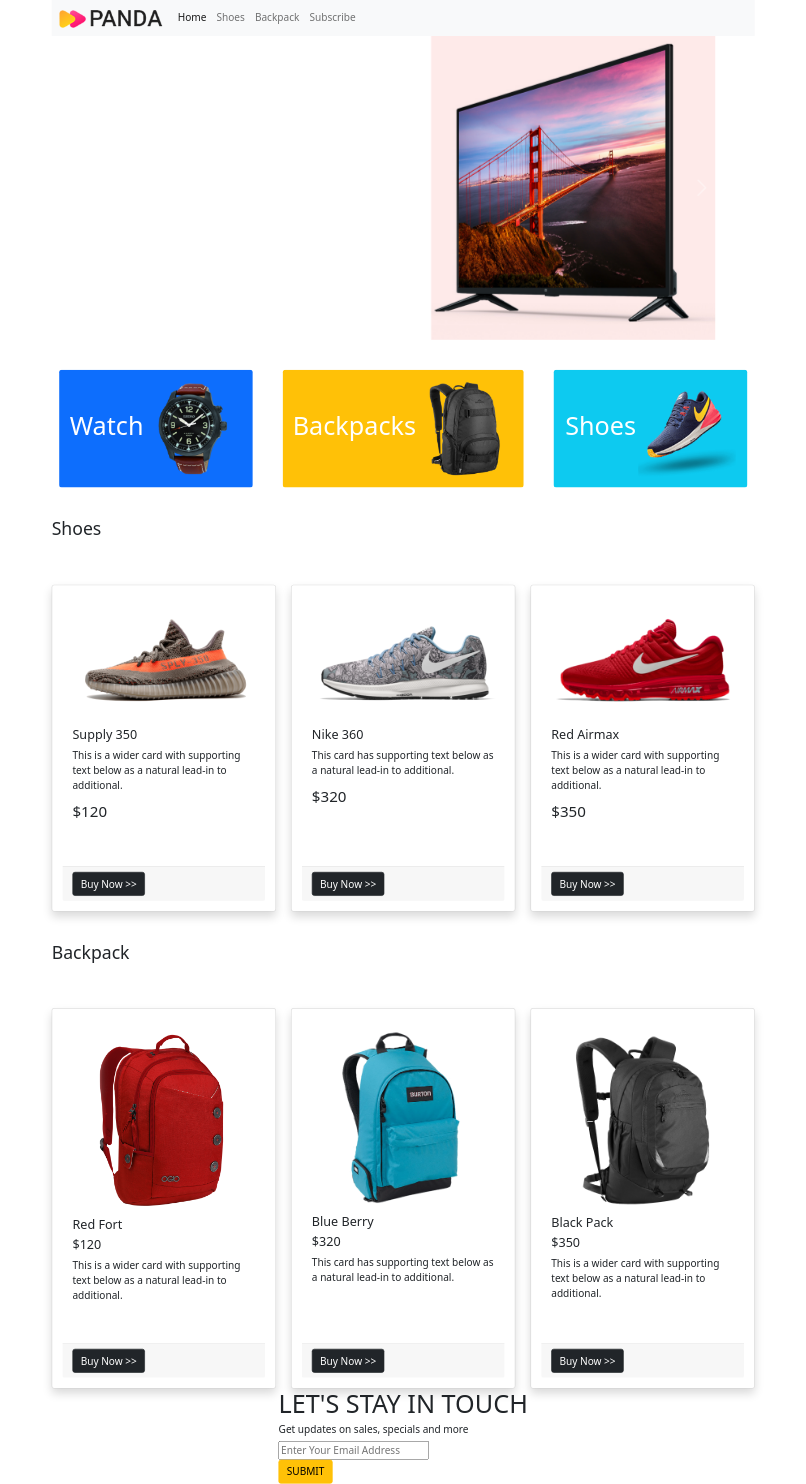
Repository: omarhasnain/panda-commerce-bootstrap
Page: index.html
An editor plug-in stored every save of this project. The page is shown before and after the next save, followed by the edit.
The browser window is 1280 px wide. The pictures show the whole page, at 63% of full size.

Above is the page before, as saved 2021-01-14 17:33:56.

After the next save:
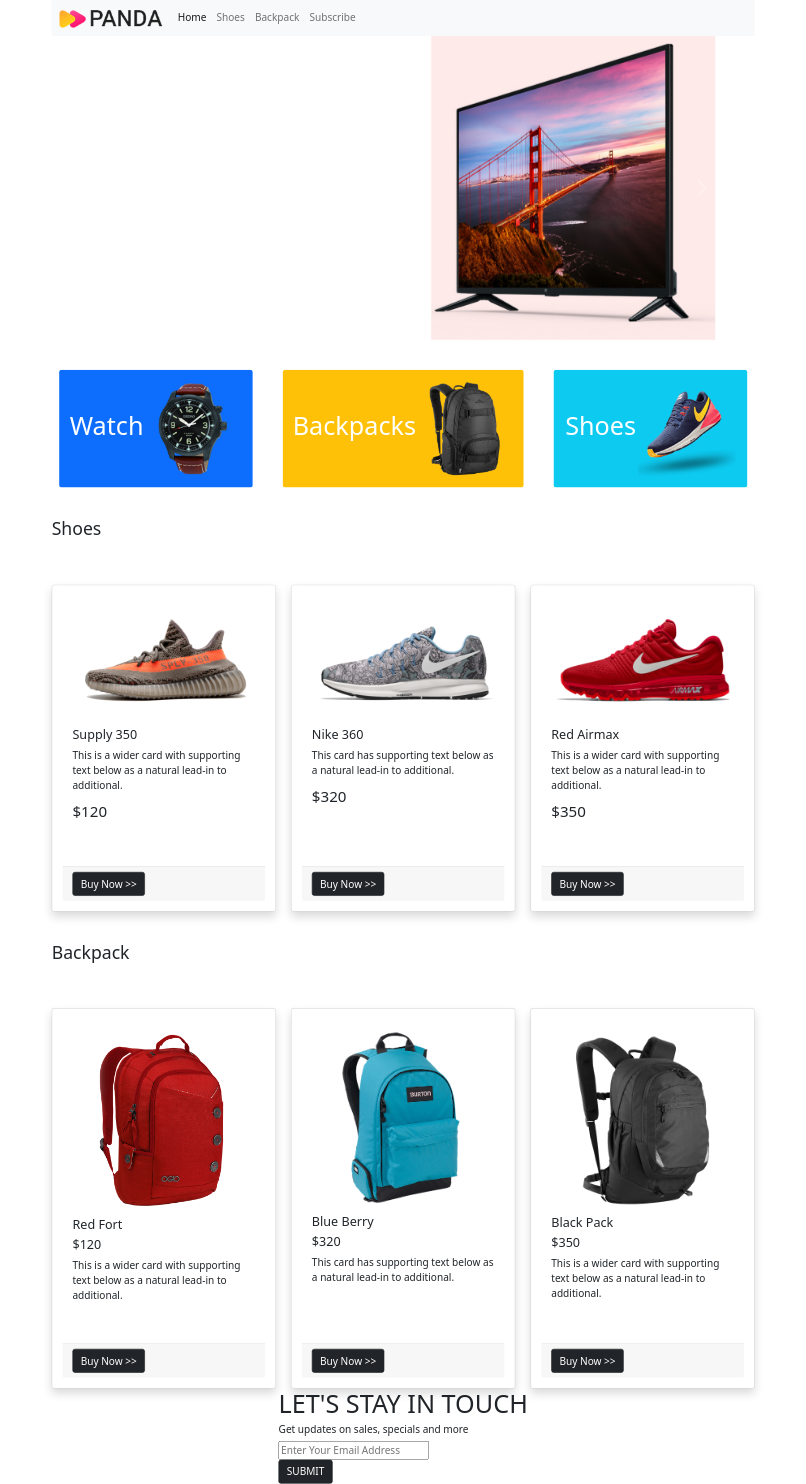
Saved 101 s later.
--- a/index.html
+++ b/index.html
@@ -203,7 +203,7 @@
             <h6>Get updates on sales, specials and more</h6>
             <input type="text" placeholder="Enter Your Email Address">
             <div>
-            <button class="btn btn-warning radius ">SUBMIT</button>
+            <button class="btn btn-dark radius ">SUBMIT</button>
            </div>
 
         </section>
